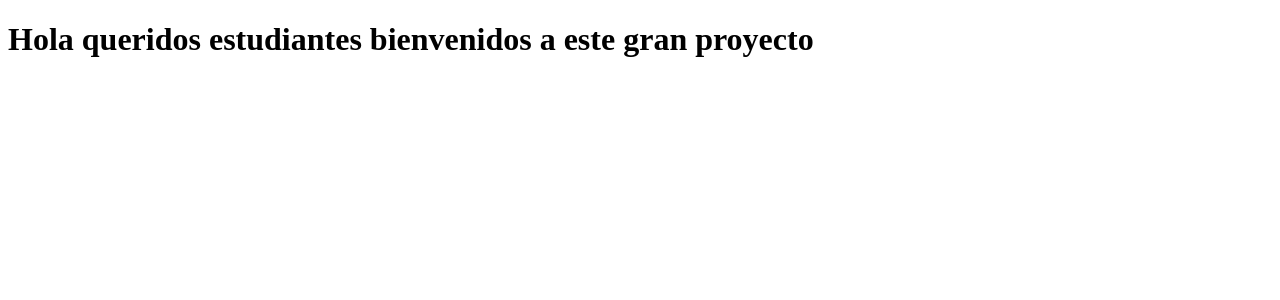
Repository: Saquicq20/MyWeb2
Page: web.html
The author's editor kept a copy of each file at every save. The page is drawn from the files as they stood at one save, then again after the next save.
The browser window is 1280 px wide. The pictures show the whole page.

Above is the page before, as saved 2024-06-20 17:28:09.

After the next save:
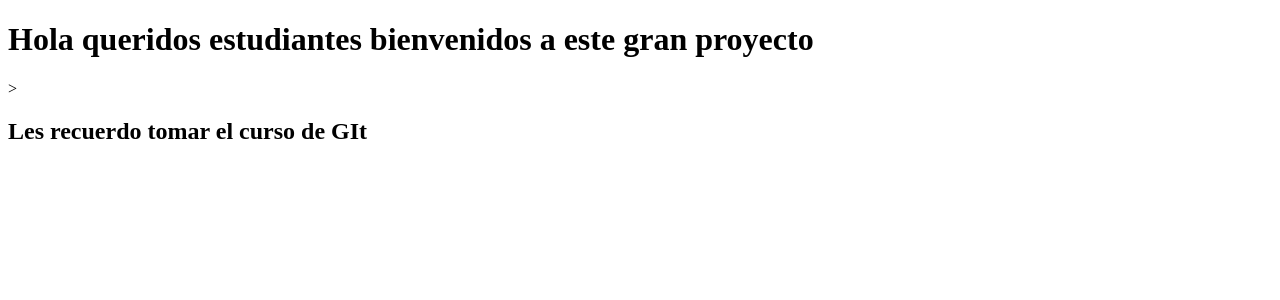
Saved 5 h 18 min later.
--- a/web.html
+++ b/web.html
@@ -8,6 +8,9 @@
             <h1>
                 Hola queridos estudiantes bienvenidos a este gran proyecto
             </h1>
+            ><h2>
+                Les recuerdo tomar el curso de GIt
+            </h2>
         </div>
     </body>
 </html>
